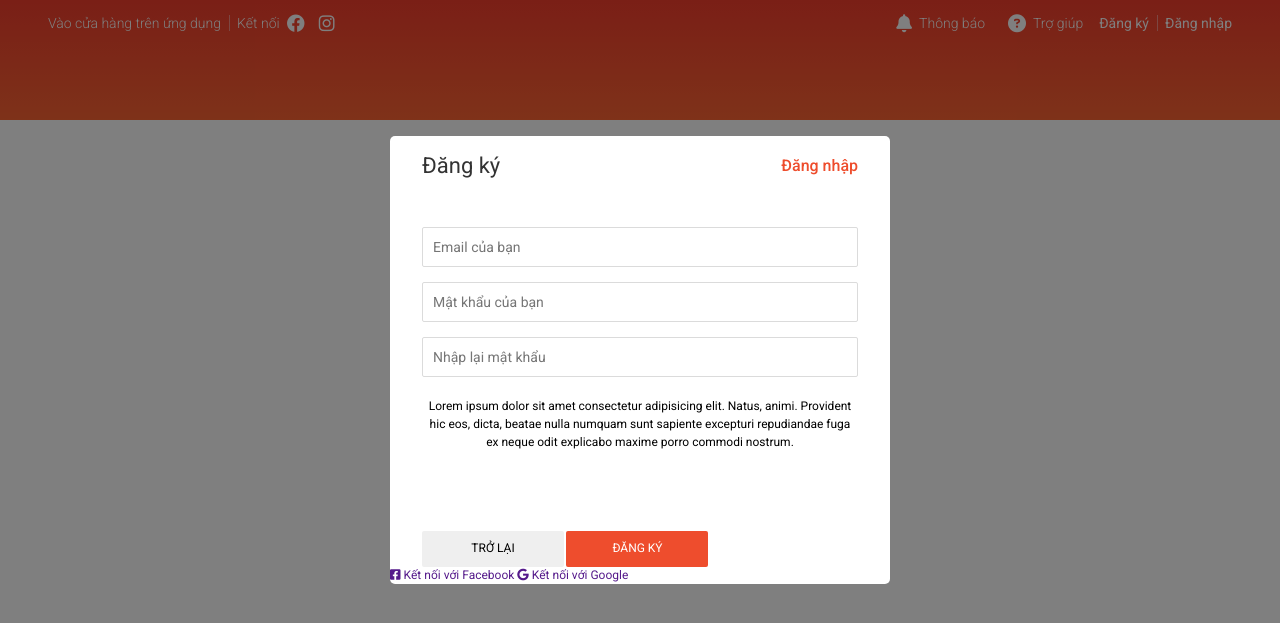
Repository: dptuyen1/F8-Tutorial
Page: index.html
The author's editor kept a copy of each file at every save. The page is drawn from the files as they stood at one save, then again after the next save.
The browser window is 1280 px wide. The pictures show the whole page.

Above is the page before, as saved 2023-05-08 17:16:25.

After the next save:
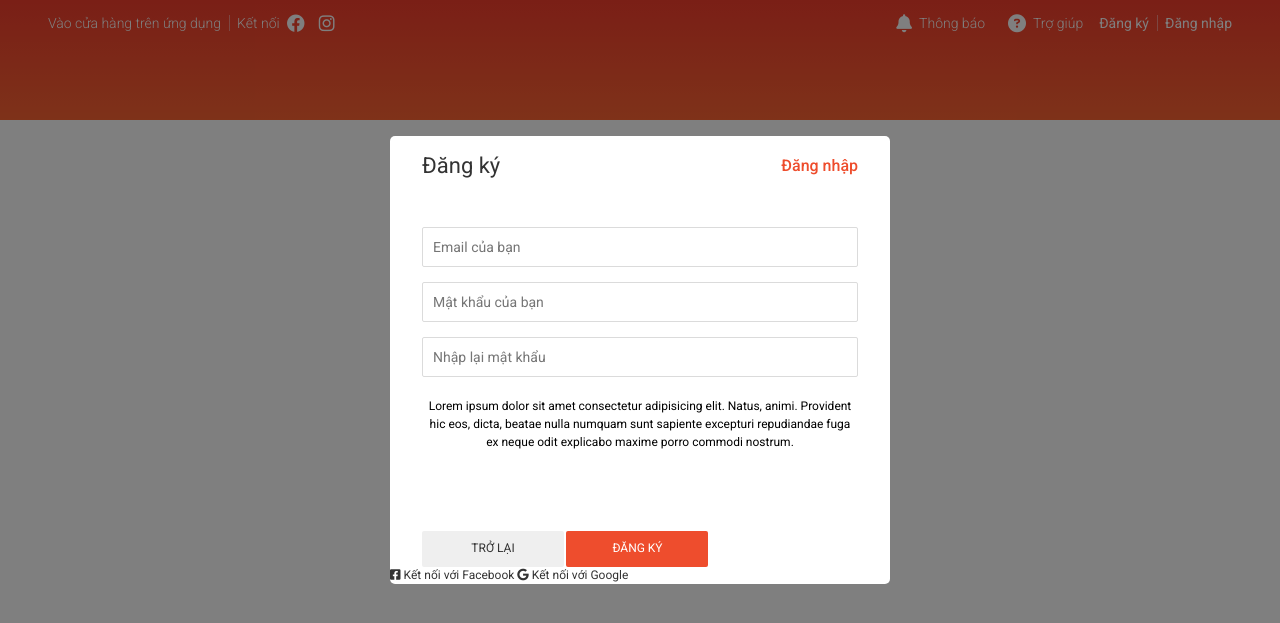
Saved 46 s later.
--- a/assets/css/base.css
+++ b/assets/css/base.css
@@ -71,6 +71,7 @@ html {
   cursor: pointer;
   padding: 0;
   font-size: 1.2rem;
+  color: var(--text-color);
 }
 
 .btn.btn--primary {
